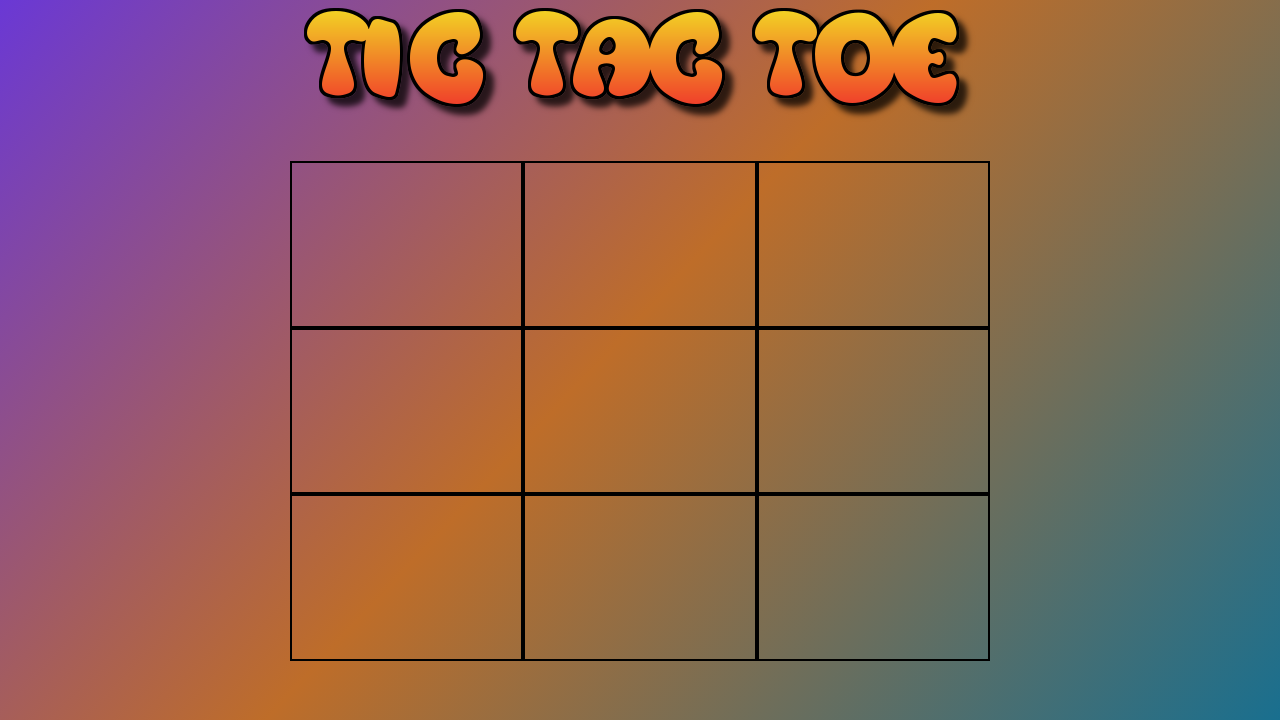
Repository: malx9/Project--5---Tic-Tac-Toe-with-AI
Page: index.html
The author's editor kept a copy of each file at every save. The page is drawn from the files as they stood at one save, then again after the next save.
The browser window is 1280 px wide. The pictures show the whole page.

Above is the page before, as saved 2023-12-25 17:27:32.

After the next save:
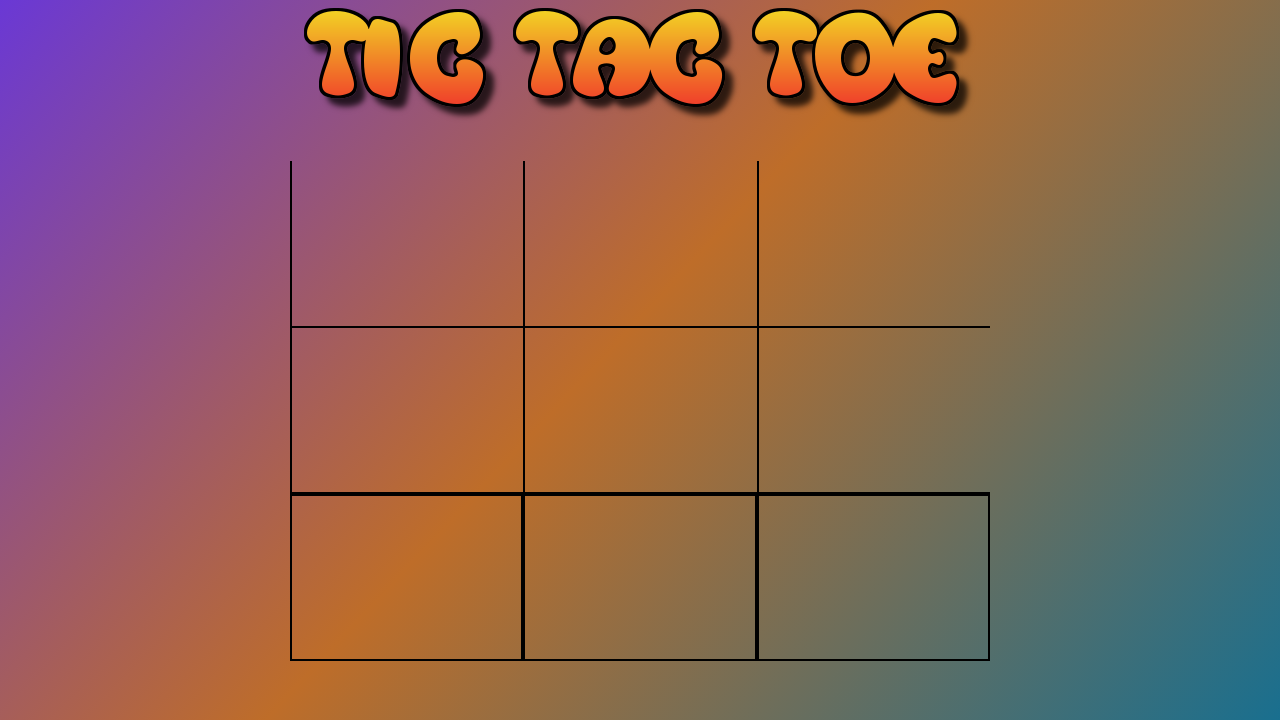
Saved 6 s later.
--- a/styles.css
+++ b/styles.css
@@ -33,6 +33,8 @@ body {
 .square {
   background-color: transparent;
   border: 2px solid #000000;
+  border-top: 0;
+  border-right: 0;
 }
 
 .square-7,
